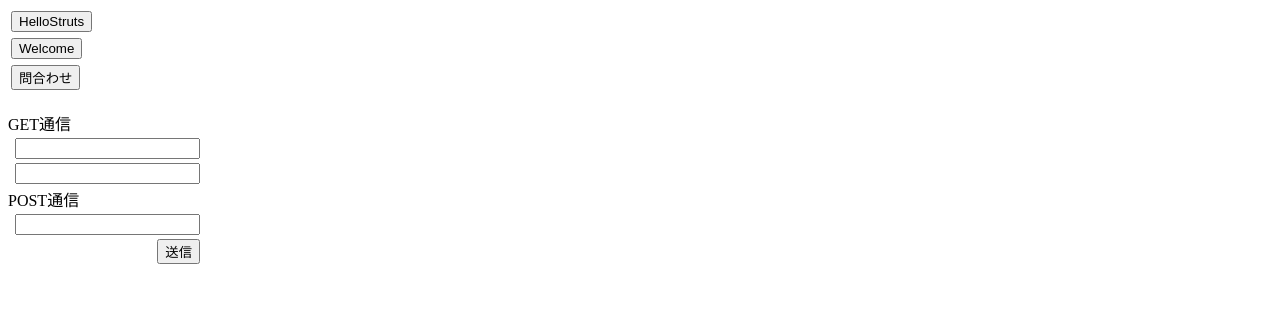
Repository: takano-yoko/test
Page: http://localhost/WebProj/
The author's editor kept a copy of each file at every save. The page is drawn from the files as they stood at one save, then again after the next save.
The browser window is 1280 px wide. The pictures show the whole page.
The page is served by Tomcat 9.

Above is the page before, as saved 2019-03-22 12:06:29.

After the next save:
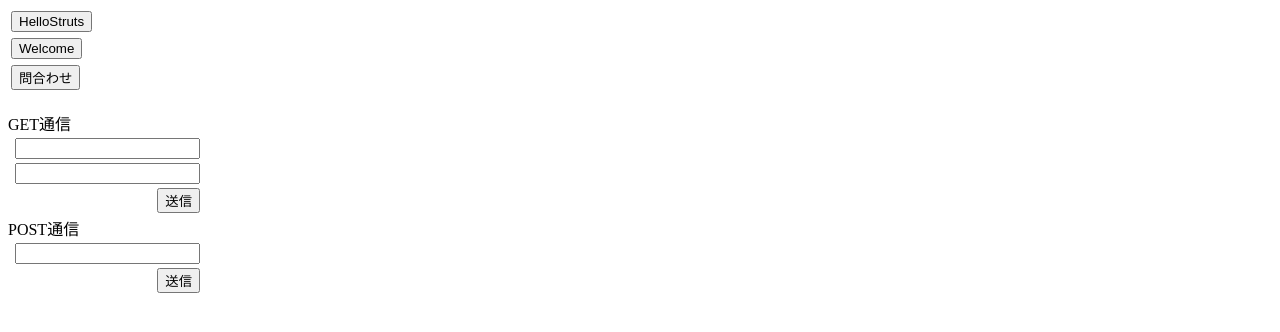
Saved 10 s later.
--- a/WebProj/WebContent/index.jsp
+++ b/WebProj/WebContent/index.jsp
@@ -28,7 +28,7 @@
 <s:form method="get" action="TestAction">
 <s:textfield name="username"/>
 <s:password name="password"/>
-<s;submit value="送信"/>
+<s:submit value="送信"/>
 </s:form>
 
 POST通信
